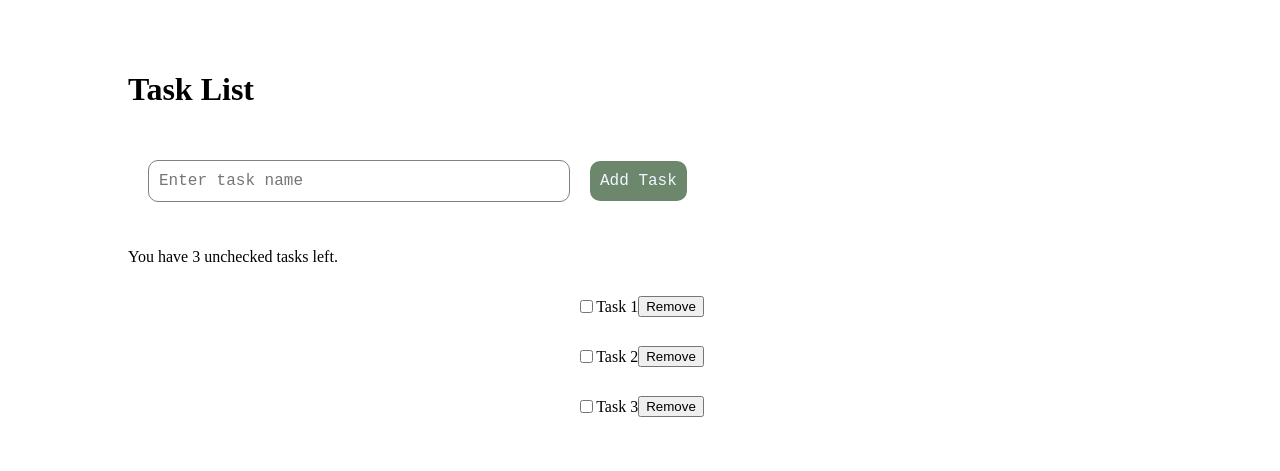
Repository: SandyLy453/task-list
Page: /
An editor plug-in stored every save of this project. The page is shown before and after the next save, followed by the edit.
The browser window is 1280 px wide. The pictures show the whole page.
The project was rebuilt for these pictures with package versions that can differ from the ones it lists, and the page was loaded fresh each time. Also part of the build but not shown: vite.config.js.

Above is the page before, as saved 2024-10-11 15:23:42.

### src/App.jsx
import { useState } from 'react';
import Task from './components/Task';
import TaskForm from './components/TaskForm';

function App() {
  const [tasks, setTasks] = useState([
    { name: 'Task 1', checked: false },
    { name: 'Task 2', checked: false },
    { name: 'Task 3', checked: false }
  ]);

  // Function to calculate the number of unchecked tasks
  const getUncheckedCount = () => {
    return tasks.filter((task) => !task.checked).length;
  };

  // Function to add a new task
  const addTask = (taskName) => {
    setTasks([...tasks, { name: taskName, checked: false }]); // New tasks are unchecked by default
  };

  // Function to remove a task
  const removeTask = (taskName) => {
    setTasks(tasks.filter((task) => task.name !== taskName));
  };

  // Function to toggle the task status
  const toggleTaskStatus = (taskName) => {
    const updatedTasks = tasks.map((task) =>
      task.name === taskName ? { ...task, checked: !task.checked } : task
    );
    setTasks(updatedTasks); // Update the task's checked status in the parent state
  };

  return (
    <>
      <div className="container">
        <h1>Task List</h1>
        <TaskForm addTask={addTask} />
        <p>You have {getUncheckedCount()} unchecked tasks left.</p>
        <div>
          {tasks.map((task, index) => (
            <Task
              key={index}
              name={task.name}
              checked={task.checked}
              toggleTaskStatus={toggleTaskStatus}
              removeTask={removeTask}
            />
          ))}
        </div>
      </div>
    </>
  );
}

export default App;

### src/index.css
.container {
  padding: 20px;
  margin: 30px 100px;
}

.inputBox {
  padding: 10px 0 10px 0;
}

.input {
  height: 20px;
  width: 400px;
  padding: 10px;
  font-size: 16px;
  font-family: monospace;
  margin: 20px;
  border-radius: 10px;
  border: 1px solid gray;
}

.sm-btn{
  height: 40px;
  padding: 10px;
  font-size: 16px;
  font-family: monospace;
  background-color: rgb(108, 135, 108);
  color: aliceblue;
  border: none;
  border-radius: 10px;
}

.sm-btn:hover {
  background-color: rgb(84, 103, 84);
}

.task {
  display: flex;
  flex-direction: row;
  justify-content: center;
  align-items: center;
}

### src/components/Task.jsx
import { useRef, useEffect } from "react";

export default function Task({ name, checked, removeTask, toggleTaskStatus }) {
  const checkboxRef = useRef(null);
  const taskNameRef = useRef(null);

  useEffect(() => {
    const checkbox = checkboxRef.current;
    const crossText = taskNameRef.current;

    // Handle the initial checked state
    if (checked) {
      checkbox.checked = true;
      crossText.style.textDecoration = "line-through";
    } else {
      checkbox.checked = false;
      crossText.style.textDecoration = "none";
    }

    const handleCheckBoxChange = () => {
      toggleTaskStatus(name);
    };

    checkbox.addEventListener("change", handleCheckBoxChange);

    return () => {
      checkbox.removeEventListener("change", handleCheckBoxChange);
    };
  }, [name, checked, toggleTaskStatus]);

  return (
    <>
      <div className="task">
        <label>
          <input type="checkbox" ref={checkboxRef} />
        </label>
        <p ref={taskNameRef}>{name}</p>
        <button className="task-delete" onClick={() => removeTask(name)}>
          Remove
        </button>
      </div>
    </>
  );
}

### src/components/TaskForm.jsx
import { useState } from "react";

export default function TaskForm({ addTask }) {
  const [inputValue, setInputValue] = useState("");

  const handleSubmit = (e) => {
    e.preventDefault();
    if (inputValue.trim() !== "") {
      addTask(inputValue);
      setInputValue(""); // clear the input
    }
  };

  return (
    <form onSubmit={handleSubmit} className="inputBox">
      <input
        type="text"
        value={inputValue}
        onChange={(e) => setInputValue(e.target.value)}
        placeholder="Enter task name"
        className="input"
      />
      <button type="submit" className="sm-btn">Add Task</button>
    </form>
  );
}

Loaded but not shown: index.html (common file); src/main.jsx (common file)

After the next save:
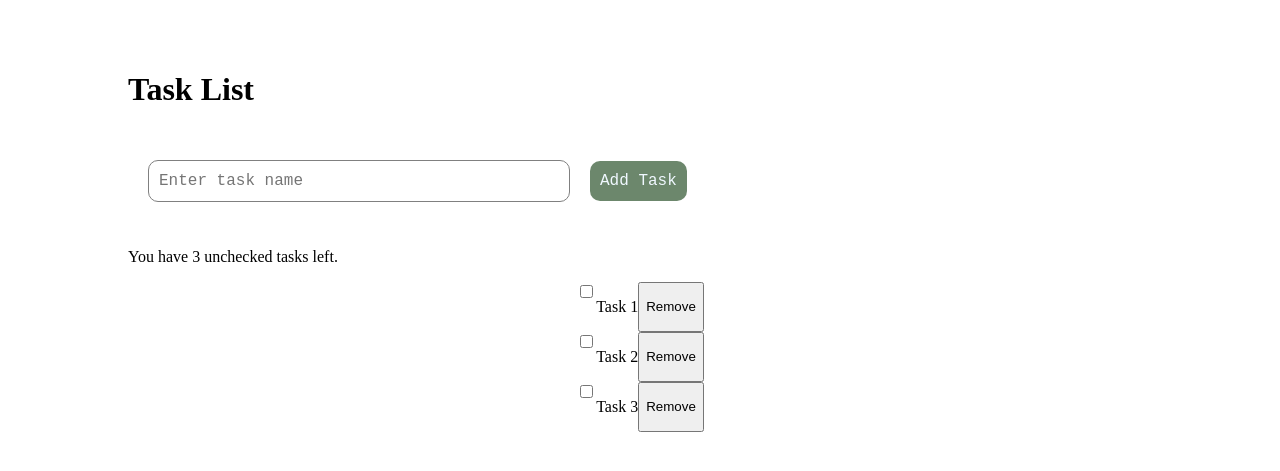
Saved 11 s later.
--- a/src/index.css
+++ b/src/index.css
@@ -37,5 +37,4 @@
   display: flex;
   flex-direction: row;
   justify-content: center;
-  align-items: center;
 }
